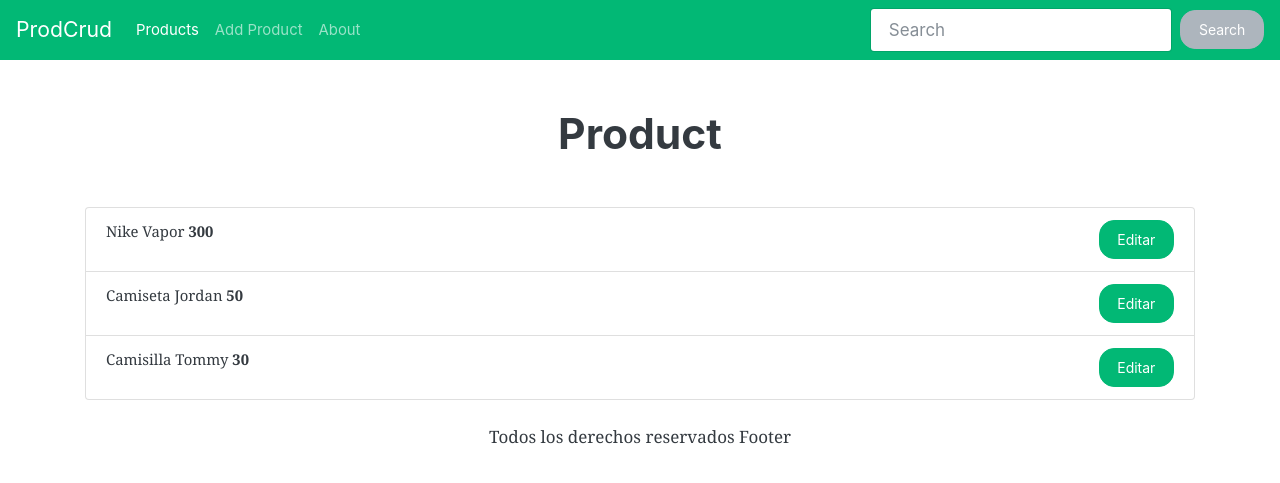
Repository: harrycampaz/router-reactjs
Page: /products
These files come from the project's save history. The page is drawn as it stood at one moment and after the next save; the edit follows.
The browser window is 1280 px wide. The pictures show the whole page.
The project was rebuilt for these pictures with package versions that can differ from the ones it lists, and the page was loaded fresh each time. Requests to the local data server were answered from the project's data file. Also part of the build but not shown: src/components/Product/AddProduct.js, src/components/Product/EditProduct.js.

Above is the page before, as saved 2020-01-24 22:08:19.

### public/index.html
<!DOCTYPE html>
<html lang="en">
  <head>
    <meta charset="utf-8" />
    <link rel="icon" href="%PUBLIC_URL%/favicon.ico" />
    <meta name="viewport" content="width=device-width, initial-scale=1" />
    <meta name="theme-color" content="#000000" />
    <meta
      name="description"
      content="Web site created using create-react-app"
    />
    <link rel="apple-touch-icon" href="%PUBLIC_URL%/logo192.png" />
    <!--
      manifest.json provides metadata used when your web app is installed on a
      user's mobile device or desktop. See https://developers.google.com/web/fundamentals/web-app-manifest/
    -->
    <link rel="manifest" href="%PUBLIC_URL%/manifest.json" />
    <link rel="stylesheet" href="/css/bootstrap.min.css">
    <!--
      Notice the use of %PUBLIC_URL% in the tags above.
      It will be replaced with the URL of the `public` folder during the build.
      Only files inside the `public` folder can be referenced from the HTML.

      Unlike "/favicon.ico" or "favicon.ico", "%PUBLIC_URL%/favicon.ico" will
      work correctly both with client-side routing and a non-root public URL.
      Learn how to configure a non-root public URL by running `npm run build`.
    -->
    <title>React App</title>
  </head>
  <body>
    <noscript>You need to enable JavaScript to run this app.</noscript>
    <div id="root"></div>
    <!--
      This HTML file is a template.
      If you open it directly in the browser, you will see an empty page.

      You can add webfonts, meta tags, or analytics to this file.
      The build step will place the bundled scripts into the <body> tag.

      To begin the development, run `npm start` or `yarn start`.
      To create a production bundle, use `npm run build` or `yarn build`.
    -->
  </body>
</html>

### src/App.js
import React, { useState, useEffect } from 'react';
import axios from "axios";

import { BrowserRouter as Router, Route, Switch } from 'react-router-dom';
import Products from './components/Product/Products';
import AddProduct from './components/Product/AddProduct';
import EditProduct from './components/Product/EditProduct';
import Product from './components/Product/Product';
import Header from './ui/Header';
import Footer from './ui/Footer';


function App() {

  const [products, setProducts]= useState([]);

  useEffect(()=> {

    fetchApi();

  }, [])

  const fetchApi = async () => {
    const result = await axios.get('http://localhost:4000/store');

    console.log(result.data);

    setProducts(result.data);

  }


  return (
    <Router>
      <Header/>
      <main className="container mt-5">
        <Switch>
          <Route exact path ="/products" render={() => (
            <Products products={products}/>
          )}/>
          <Route exact path ="/add-product" component={AddProduct}/>
          <Route exact path ="/products/:id" component={Product}/>
          <Route exact path ="/products/editar/:id" component={EditProduct}/>
        </Switch>
      </main>
      <Footer />
    </Router>

  );
}

export default App;

### src/components/Product/Products.js
import React, { Fragment } from 'react';
import Product from './Product';

function Products({products}) {
    return (
        <Fragment>
  <h1 className="text-center">Product</h1>

  <ul className="list-group mt-5">
      {products.map(product => (
          <Product key={product.id} product={product}/>
      ))}
  </ul>
        </Fragment>

    );
}

export default Products;

### src/components/Product/Product.js
import React from 'react';
import { Link } from 'react-router-dom';

function Product({ product }) {
    return (

        <li className="list-group-item d-flex justify-content-between" data-category={product.category}>
            <p>

                {product.name} {' '}
                <span className="font-weight-bold">{product.price}</span>
            </p>
            <div>

                <Link to={`/products/${product.id}`} className="btn btn-success" >Editar</Link>

            </div>
        </li>
    );
}

export default Product;

### src/ui/Header.js
import React from 'react';
import { Link, NavLink } from 'react-router-dom';

const Header = (props) => (
    <nav className="navbar navbar-expand-lg navbar-dark bg-dark">

    <NavLink to="/products" className="navbar-brand"> ProdCrud
          </NavLink>
    <button className="navbar-toggler" type="button" data-toggle="collapse" data-target="#navbarColor03" aria-controls="navbarColor03" aria-expanded="false" aria-label="Toggle navigation">
      <span className="navbar-toggler-icon"></span>
    </button>

    <div className="collapse navbar-collapse" id="navbarColor03">
      <ul className="navbar-nav mr-auto">
        <li className="nav-item active">
          <NavLink to="/products" className="nav-link" activeClassName="active" > Products
          </NavLink>
        </li>
        <li className="nav-item">
        <NavLink to="/add-product" className="nav-link"  activeClassName="active"> Add Product
          </NavLink>
        </li>

        <li className="nav-item">
          <a className="nav-link" href="#">About</a>
        </li>
      </ul>
      <form className="form-inline my-2 my-lg-0">
        <input className="form-control mr-sm-2" type="text" placeholder="Search" />
        <button className="btn btn-secondary my-2 my-sm-0" type="submit">Search</button>
      </form>
    </div>
</nav>
);

export default Header;

### src/ui/Footer.js
import React from 'react';

const Footer = (props) => (
            <div>
                <p className="mt-4 p2 text-center">
                Todos los derechos reservados Footer </p>
            </div>
    );

export default Footer;

### db.json
{
    "store" : [
        {
            "id": 1,
            "name": "Nike Vapor",
            "price": "300",
            "description": "Tenis muy comodas",
            "category":"tenis"
        },
        {
            "id": 2,
            "name": "Camiseta Jordan",
            "price": "50",
            "description": "Camiseta tipo buso",
            "category":"ropa"
        },
        {
            "id": 3,
            "name": "Camisilla Tommy",
            "price": "30",
            "description": "Camisilla de tela fria",
            "category":"ropa"
        }
    ]
}

Loaded but not shown: src/index.js (common file); src/index.css (common file); src/serviceWorker.js (common file); public/css/bootstrap.min.css (library)

After the next save:
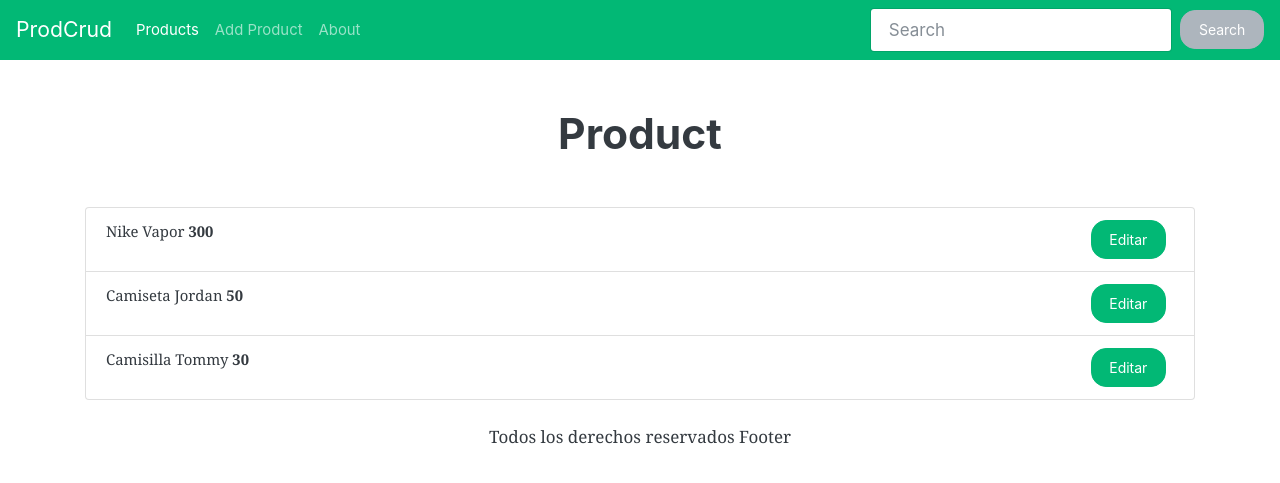
Saved 50 s later.
--- a/src/components/Product/Product.js
+++ b/src/components/Product/Product.js
@@ -12,7 +12,7 @@ function Product({ product }) {
             </p>
             <div>
 
-                <Link to={`/products/${product.id}`} className="btn btn-success" >Editar</Link>
+                <Link to={`/products/${product.id}`} className="btn btn-success mr-2" >Editar</Link>
 
             </div>
         </li>
